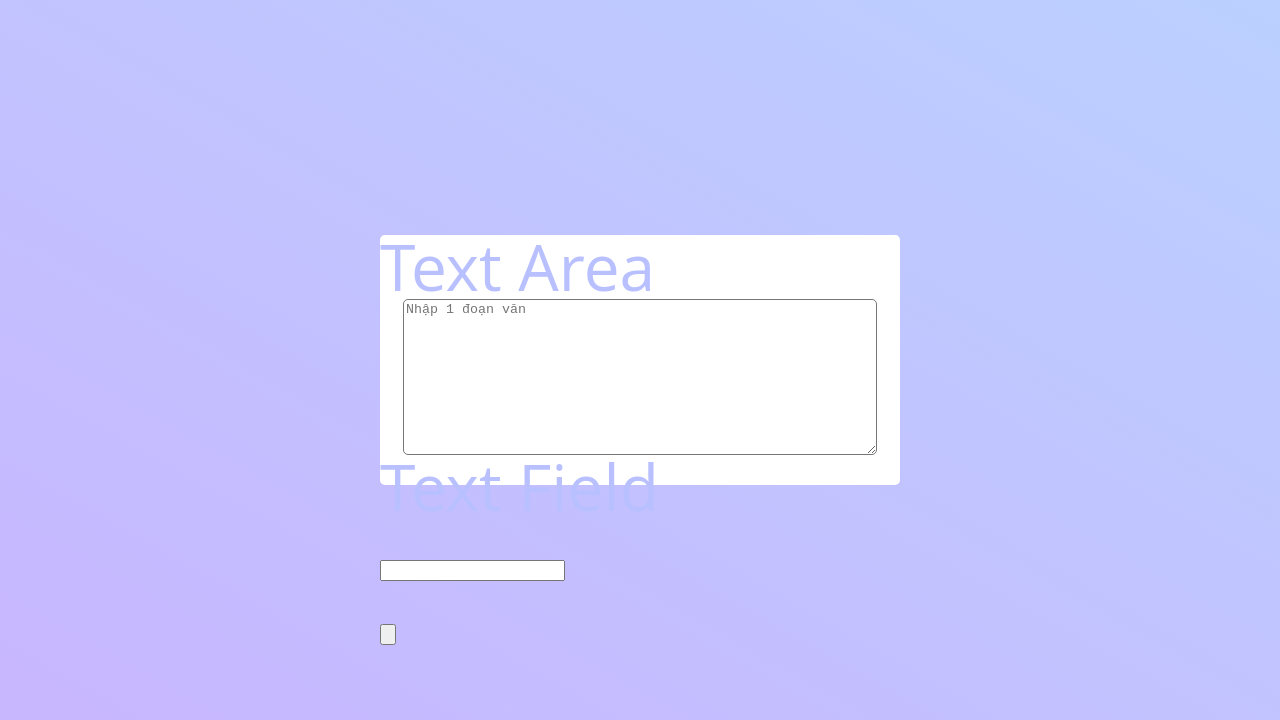
Repository: letrongtinh27/LapTrinhWeb
Page: Lab4.4/index.html
The author's editor kept a copy of each file at every save. The page is drawn from the files as they stood at one save, then again after the next save.
The browser window is 1280 px wide. The pictures show the whole page.

Above is the page before, as saved 2022-10-14 19:50:10.

### Lab4.4/index.html
<!DOCTYPE html>
<html lang="en">
<head>
    <meta charset="UTF-8">
    <meta http-equiv="X-UA-Compatible" content="IE=edge">
    <meta name="viewport" content="width=device-width, initial-scale=1.0">
    <title>Document</title>
    <link rel="stylesheet" href="./reset.css">
    <link rel="stylesheet" href="style.css">
</head>
<body>
    <div class="container">
        <h4>Text Area</h4>
        <div class="text-area">
            <textarea name="" id="" cols="30" rows="10" placeholder="Nhập 1 đoạn văn"></textarea>
        </div>
        <h4>Text Field</h4>
        <div class="text-field">
            <input type="text">
        </div>

        <div class="btn-input"><input type="button" value=""></div>
    </div>


    <script src="./main.js"></script>
</body>
</html>

### Lab4.4/style.css
body {
    font-family: 'Open Sans',sans-serif;
    font-size: 64px;
    width: 100%;
    height: 100vh;
    background-image: linear-gradient(to right top, #c8b6ff,#bbd0ff);
    display: flex;
    justify-content: center;
    align-items: center;
}

.container {
    width: 100%;
    max-width: 520px;
    height: 250px;
    background-color: #fff  ;
    border-radius: 5px;

}
.text-area {
    display: flex;
}
.text-area > textarea{
    width: 90%;
    border-radius: 5px;
    margin: 0 auto;
}
.text-field{

}
.btn-input{

}

h4 {
    color: #b8c0ff;
}

Loaded but not shown: Lab4.4/reset.css (common file); Lab4.4/main.js (no stored copy; drawn as an empty file)

After the next save:
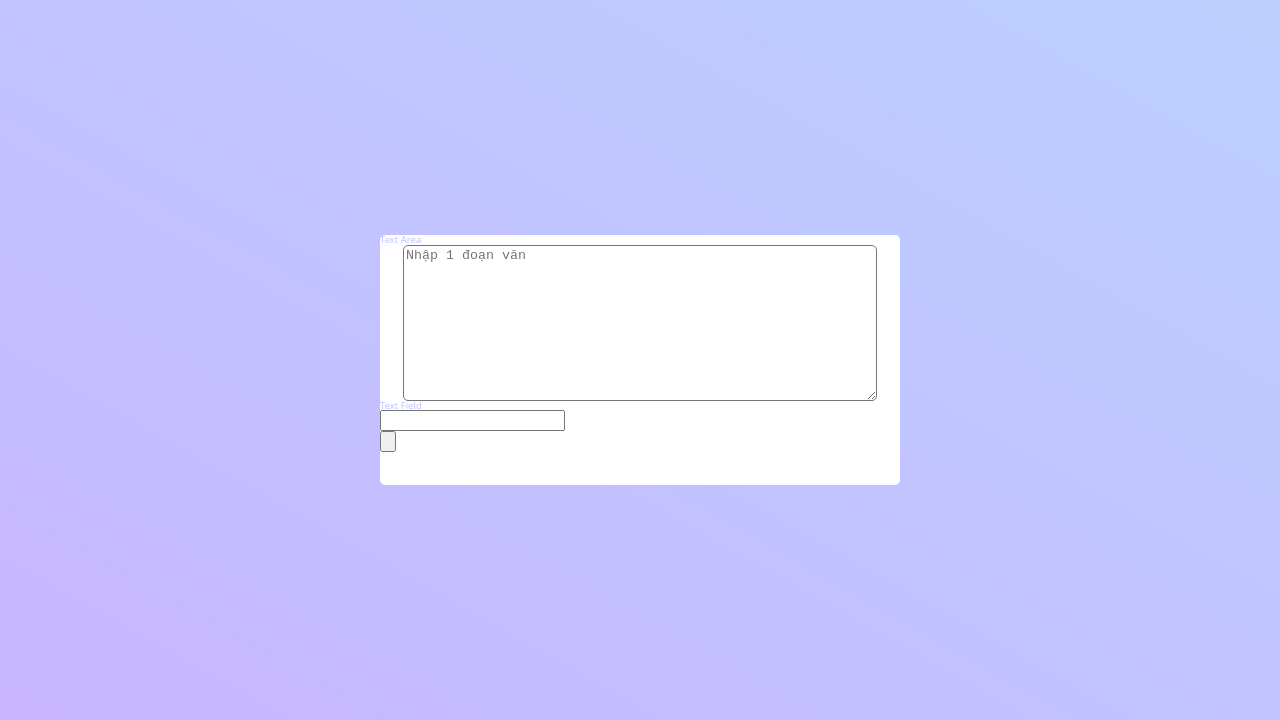
Saved 6 s later.
--- a/Lab4.4/style.css
+++ b/Lab4.4/style.css
@@ -1,6 +1,6 @@
 body {
     font-family: 'Open Sans',sans-serif;
-    font-size: 64px;
+    font-size: 60%;
     width: 100%;
     height: 100vh;
     background-image: linear-gradient(to right top, #c8b6ff,#bbd0ff);
